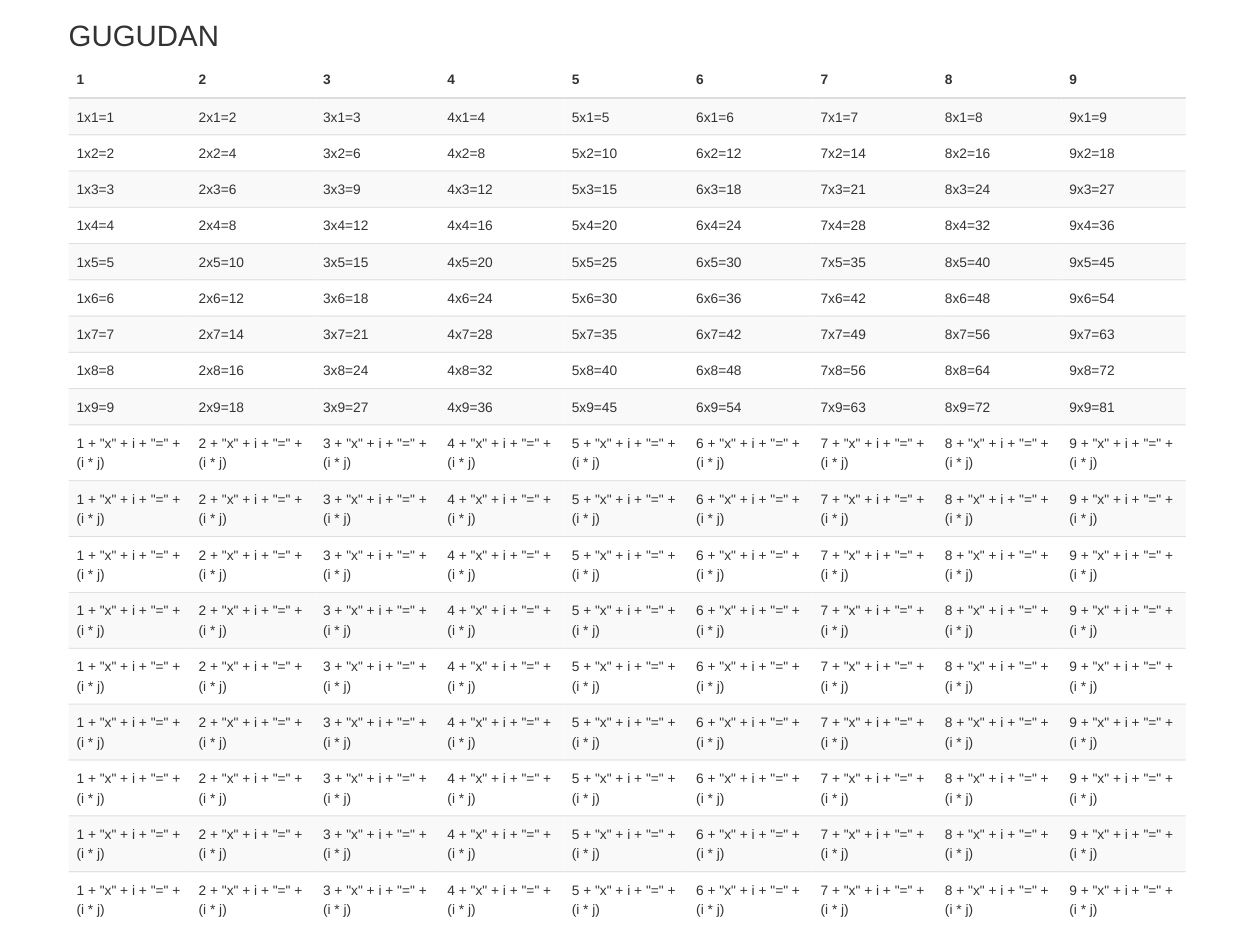
Repository: SongSooJin/JSP
Page: http://localhost/5-jsp-basic/example5/gugudan4.jsp
The author's editor kept a copy of each file at every save. The page is drawn from the files as they stood at one save, then again after the next save.
The browser window is 1280 px wide. The pictures show the whole page, at 98% of full size.
The page is served by Tomcat 9. Other server files are loaded and not shown.

Above is the page before, as saved 2018-10-08 06:06:15.

### 5-jsp-basic/WebContent/example5/gugudan4.jsp
<%@ page language="java" contentType="text/html; charset=UTF-8"
	pageEncoding="UTF-8"%>
<%@ taglib prefix="c" uri="http://java.sun.com/jsp/jstl/core"%>
<!DOCTYPE html>
<html>
<head>
<meta charset="UTF-8">
<title>Insert title here</title>
<meta name="viewport" content="width=device-width, initial-scale=1">
<link rel="stylesheet"
	href="https://maxcdn.bootstrapcdn.com/bootstrap/3.3.7/css/bootstrap.min.css">
<script
	src="https://ajax.googleapis.com/ajax/libs/jquery/3.3.1/jquery.min.js"></script>
<script
	src="https://maxcdn.bootstrapcdn.com/bootstrap/3.3.7/js/bootstrap.min.js"></script>

</head>
<body>

	<div class="container">
	<h2>GUGUDAN</h2>
		<table class="table table-striped">
			<thead>
				<tr>
					<%
						/*	for (int i = 1; i <= 9; i++) {
							out.print("<th>" + i + "</th>");
						} */
					%>
					<c:forEach var="i" begin="1" end="9" step="1">
						<th>${i }</th>
					</c:forEach>
				</tr>
			</thead>

			<tbody>
				<%
					for (int i = 1; i <= 9; i++) { // 행
						out.print("<tr>");
						for (int j = 1; j <= 9; j++) { // 열
							out.print("<td>");
							out.print(j + "x" + i + "=" + (i * j));
							out.print("</td>");
						}

						out.print("</tr>");
					}
				%>
				<c:forEach var="i" begin="1" end="9" step="1">
					<tr>
					<c:forEach var="j" begin="1" end="9" step="1">
						<td>
							${j } + "x" + i + "=" + (i * j)
						</td>
					</c:forEach>
					</tr>
				</c:forEach>
			</tbody>
		</table>
	</div>

</body>
</html>

After the next save:
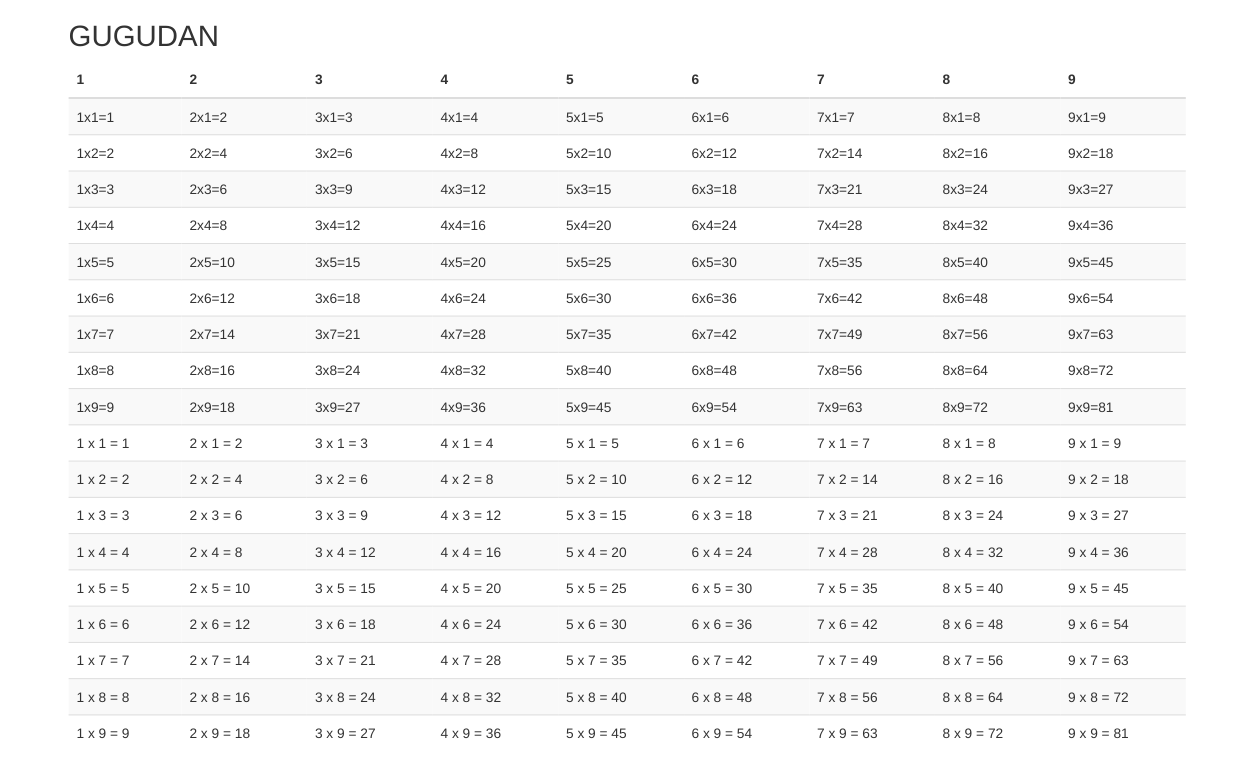
Saved 36 s later.
--- a/5-jsp-basic/WebContent/example5/gugudan4.jsp
+++ b/5-jsp-basic/WebContent/example5/gugudan4.jsp
@@ -50,7 +50,7 @@
 					<tr>
 					<c:forEach var="j" begin="1" end="9" step="1">
 						<td>
-							${j } + "x" + i + "=" + (i * j)
+							${j } x ${ i} = ${i * j}
 						</td>
 					</c:forEach>
 					</tr>
